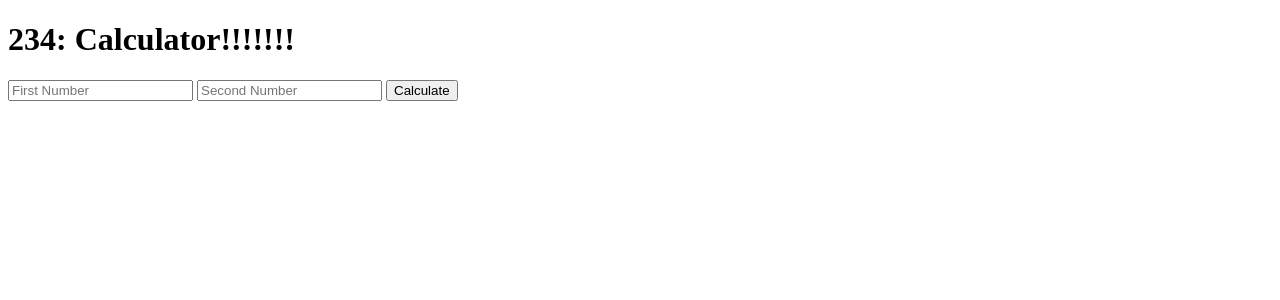
Repository: yoriss67/Folder-The-Complete-2023Web-Development-Bootcamp
Page: Calculator/index.html
An editor plug-in stored every save of this project. The page is shown before and after the next save, followed by the edit.
The browser window is 1280 px wide. The pictures show the whole page.

Above is the page before, as saved 2022-12-21 23:05:17.

### Calculator/index.html
<!DOCTYPE html>
<html lang="en">
<head>
    <meta charset="UTF-8">
    <meta http-equiv="X-UA-Compatible" content="IE=edge">
    <meta name="viewport" content="width=device-width, initial-scale=1.0">
    <title>Calculator</title>
</head>
<body>

    <!-- defaultでその頁のトップに行く＝これ書かなくても一緒 -->
    <form action="index.html">
        <h1>234: Calculator!!!!!!!</h1>
        <!-- 👩‍🎓name は variable的な -->
        <input type="text" name="num1" placeholder="First Number">
        <input type="text" name="num2" placeholder="Second Number">
        <button type="submit" name="submit">Calculate</button>
    </form>
</body>
</html>

After the next save:
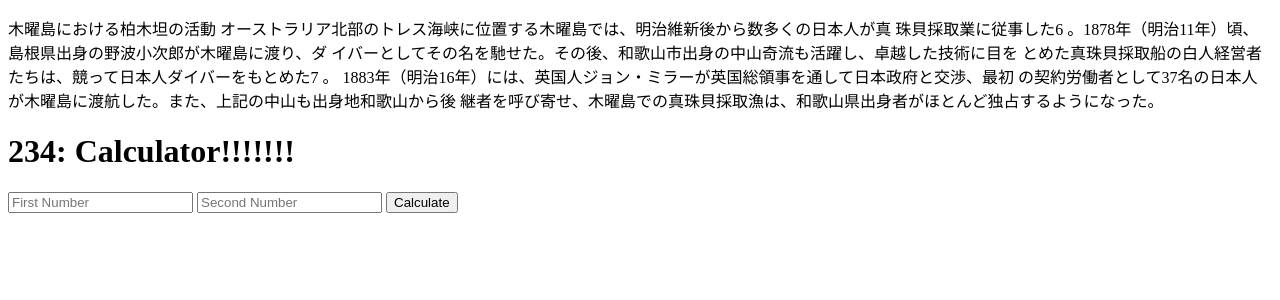
Saved 16 h 45 min later.
--- a/Calculator/index.html
+++ b/Calculator/index.html
@@ -7,6 +7,17 @@
     <title>Calculator</title>
 </head>
 <body>
+
+    <p>木曜島における柏木坦の活動
+        オーストラリア北部のトレス海峡に位置する木曜島では、明治維新後から数多くの日本人が真
+       珠貝採取業に従事した6
+       。1878年（明治11年）頃、島根県出身の野波小次郎が木曜島に渡り、ダ
+       イバーとしてその名を馳せた。その後、和歌山市出身の中山奇流も活躍し、卓越した技術に目を
+       とめた真珠貝採取船の白人経営者たちは、競って日本人ダイバーをもとめた7
+       。
+        1883年（明治16年）には、英国人ジョン・ミラーが英国総領事を通して日本政府と交渉、最初
+       の契約労働者として37名の日本人が木曜島に渡航した。また、上記の中山も出身地和歌山から後
+       継者を呼び寄せ、木曜島での真珠貝採取漁は、和歌山県出身者がほとんど独占するようになった。</p>
 
     <!-- defaultでその頁のトップに行く＝これ書かなくても一緒 -->
     <form action="index.html">
